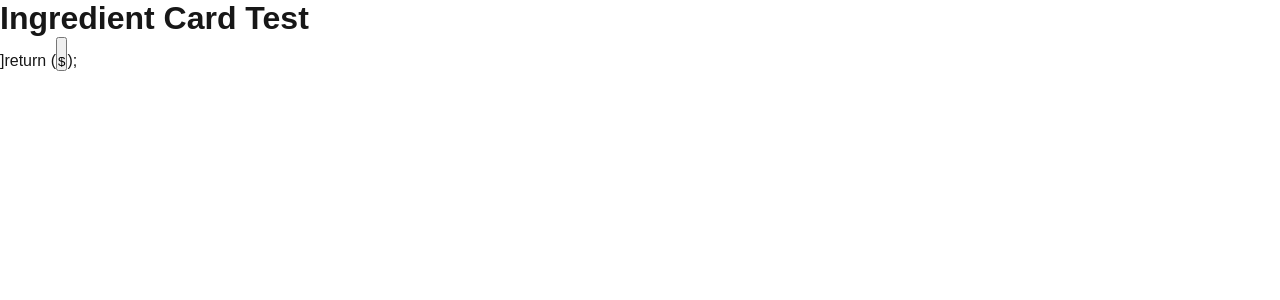
Repository: Esteb4ncd/DermaKnight_WebApp
Page: / (app in dermaknight/)
These files come from the project's save history. The page is drawn as it stood at one moment and after the next save; the edit follows.
The browser window is 1280 px wide. The pictures show the whole page.
The project was rebuilt for these pictures with package versions that can differ from the ones it lists, and the page was loaded fresh each time. The framework's server and built-in components were replaced by stand-ins that run in the browser. Also part of the build but not shown: dermaknight/next.config.mjs.

Above is the page before, as saved 2025-05-08 13:39:33.

After the next save:
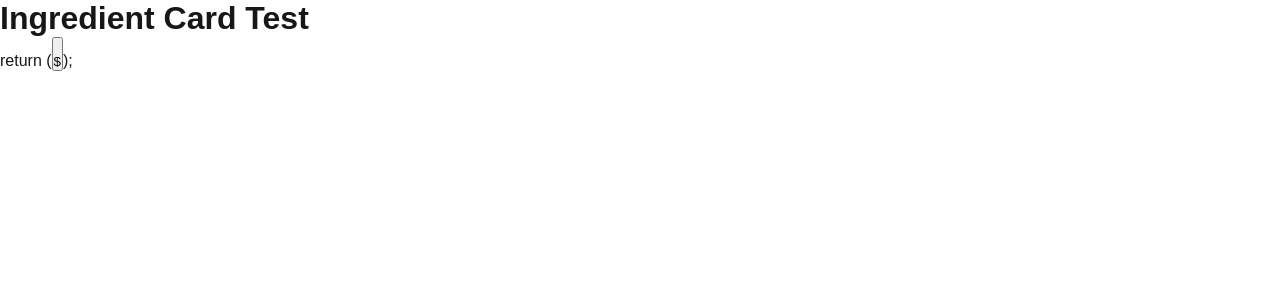
Saved 3 s later.
--- a/dermaknight/app/page.js
+++ b/dermaknight/app/page.js
@@ -17,7 +17,7 @@ export default function Home() {
       <main className={styles.main}>
         <section className={styles.ingredient}>
 
-          ]return (
+          return (
             <Ingredients
 
             />
